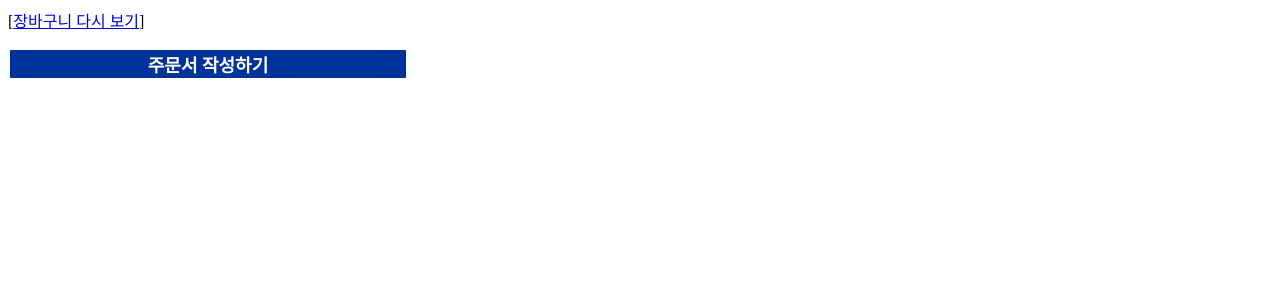
Repository: severrepair/JSPproject
Page: http://localhost/Shop/order.jsp?total=0&count=0
These files come from the project's save history. The page is drawn as it stood at one moment and after the next save; the edit follows.
The browser window is 1280 px wide. The pictures show the whole page.
The page is served by Tomcat 9.

Above is the page before, as saved 2022-12-03 05:58:48.

### Shop/src/main/webapp/order.jsp
<%@ page contentType="text/html; charset=UTF-8" pageEncoding="UTF-8" %>
<%@ page language="java" import="java.text.*" %>
<% request.setCharacterEncoding("UTF-8"); %>

<%
	int total=Integer.parseInt(request.getParameter("total"));
	int count=Integer.parseInt(request.getParameter("count"));

	NumberFormat nf = NumberFormat.getNumberInstance();
	String totalstr = nf.format(total);

%>
<HTML>
<HEAD>
<SCRIPT language="javascript">
	function check(f){
		blank = false;
		for(i=0; i<f.elements.length; i++){
			if(f.elements[i].value==""){
				if(f.elements[i].name != "number")
					blank=true;
				if((f.elements[i].name=="number") && (f.pay.value=="card"))
					blank=true;
			}
		}

		if(blank==true)
			alert("모든 항목을 입력하셔야 합니다.");
		else
			f.submit()
	}
</SCRIPT>
</HEAD>

<BODY>
<P>
[<A href="sale_list.jsp">장바구니 다시 보기</A>]
<FORM method=post action="order_save.jsp">
<TABLE border=0 width=400>
	<TR>
		<TH bgcolor=#003399 colspan=2>
			<FONT size=+1 color=white>주문서 작성하기</FONT>
		</TH>
	</TR>

</TABLE>
</FORM>


</BODY>





</HTML>

After the next save:
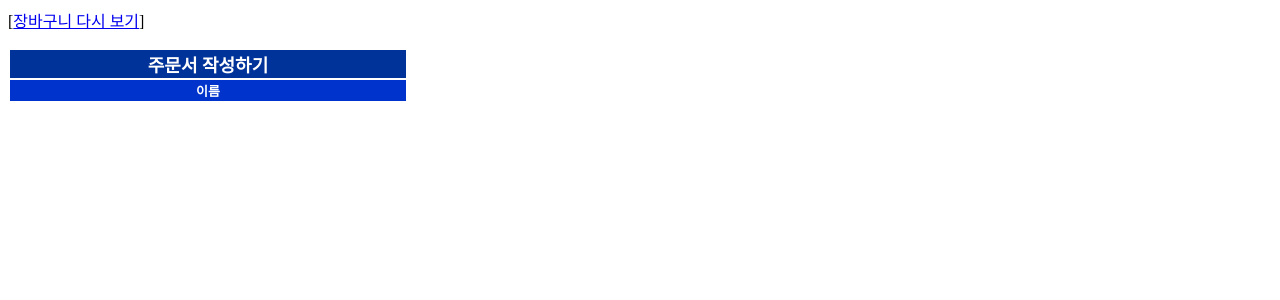
Saved 41 s later.
--- a/Shop/src/main/webapp/order.jsp
+++ b/Shop/src/main/webapp/order.jsp
@@ -42,7 +42,9 @@
 			<FONT size=+1 color=white>주문서 작성하기</FONT>
 		</TH>
 	</TR>
-
+	<TR>
+		<TH width=30% bgcolor=#0033cc>
+			<FONT size=-1 color=white>이름</FONT>
 </TABLE>
 </FORM>
 
